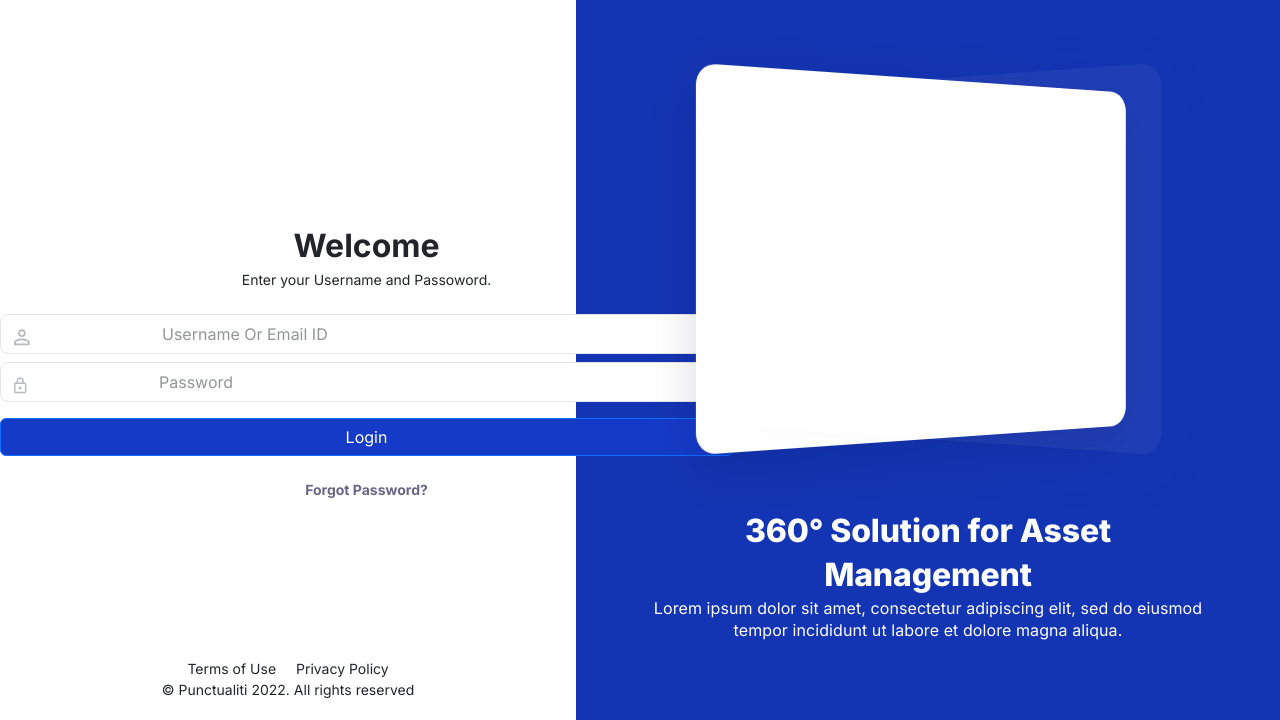
Repository: TauqeerHusain/Vouch-digital
Page: /
These files come from the project's save history. The page is drawn as it stood at one moment and after the next save; the edit follows.
The browser window is 1280 px wide. The pictures show the whole page.
The project was rebuilt for these pictures with package versions that can differ from the ones it lists, and the page was loaded fresh each time. Also part of the build but not shown: src/styles/Dashboard.css, src/Components/Dashboard/Aside.js, src/Components/Dashboard/Board.js, src/Components/Dashboard/index.js, src/styles/AddClintNav.css, src/Components/AddClint/AddClintNav.js, src/Components/CreateProfile/CrContent.js, src/Components/CreateProfile/index.js and 14 more.

Above is the page before, as saved 2023-03-15 15:26:56.

### public/index.html
<!DOCTYPE html>
<html lang="en">
  <head>
    <meta charset="utf-8" />
    <link rel="icon" href="%PUBLIC_URL%/favicon.ico" />
    <meta name="viewport" content="width=device-width, initial-scale=1" />
    <meta name="theme-color" content="#000000" />
    <meta
      name="description"
      content="Web site created using create-react-app"
    />
    <link rel="apple-touch-icon" href="%PUBLIC_URL%/logo192.png" />
    <!--
      manifest.json provides metadata used when your web app is installed on a
      user's mobile device or desktop. See https://developers.google.com/web/fundamentals/web-app-manifest/
    -->
    <link rel="manifest" href="%PUBLIC_URL%/manifest.json" />
    <link rel="preconnect" href="https://fonts.googleapis.com" />
    <link rel="preconnect" href="https://fonts.gstatic.com" crossorigin />
    <link
      href="https://fonts.googleapis.com/css2?family=Inter:wght@100;200;300;400;500;600;700;800;900&display=swap"
      rel="stylesheet"
    />
    <!--
      Notice the use of %PUBLIC_URL% in the tags above.
      It will be replaced with the URL of the `public` folder during the build.
      Only files inside the `public` folder can be referenced from the HTML.

      Unlike "/favicon.ico" or "favicon.ico", "%PUBLIC_URL%/favicon.ico" will
      work correctly both with client-side routing and a non-root public URL.
      Learn how to configure a non-root public URL by running `npm run build`.
    -->
    <title>React App</title>
  </head>
  <body>
    <noscript>You need to enable JavaScript to run this app.</noscript>
    <div id="root"></div>
    <!--
      This HTML file is a template.
      If you open it directly in the browser, you will see an empty page.

      You can add webfonts, meta tags, or analytics to this file.
      The build step will place the bundled scripts into the <body> tag.

      To begin the development, run `npm start` or `yarn start`.
      To create a production bundle, use `npm run build` or `yarn build`.
    -->
  </body>
</html>

### src/styles/LoginAct.css
.LoginAct {
    min-width: 100%;
    min-height: 100vh;
    display: flex;
    background: #fff;
    flex-wrap: wrap;
}

.LoginAct-form {
    width: 45%;
    background: #fff;
    display: grid;
    place-items: center;
    position: relative;
}

.condi {
    position: absolute;
    bottom: 0px;
    margin-bottom: 20px;
}

.term {
    display: flex;
    justify-content: center;
}

.span {
    font-size: 14px;
    cursor: pointer;
}

.span:nth-child(2) {
    margin-left: 20px;
}

.copy {
    font-size: 14px;
    cursor: pointer;
}

.form-act {
    text-align: center;
}

.form-top {
    width: 100%;
}

.form-head {
    font-weight: bold;
    font-size: 32px;
    font-family: 'Inter';
}

.form-cap {
    font-weight: 400;
    font-size: 14px;
    line-height: 20px;
    margin-bottom: 24px;
}

.input-fild {
    width: 100%;
    height: 40px;
    margin-top: 8px;
    background: #FFFFFF;
    border: 1px solid #E6E6E6;
    border-radius: 8px;
    display: flex;
    align-items: center;
    padding: 0px 13px;
}

.input-icon {
    padding-top: 5px;
}

.input-control {
    width: 567px;
    margin-left: 122px;
    position: relative;
}

.show-pwd {
    position: absolute;
    right: 0px;
    top: 0px;
    background: #fff;
    cursor: pointer;
}

.data-input {
    width: 100%;
    height: 100%;
    padding-left: 10px;
    border: none;
    outline: none;
    font-size: 16px;
    color: #848687;
}

.data-input::placeholder {
    color: #939596;
}

.loginBtn {
    width: 100%;
    height: 100%;
    color: #fff;
    background: #1334B3;
    font-size: 16px;
    height: 40px;
    margin-top: 14px;
    line-height: 22px;
    border-radius: 8px;
    cursor: pointer;
}

.forget-pwd-link {
    text-align: center;
    margin-top: 24px;
    font-family: 'Nunito Sans';
    font-style: normal;
    font-weight: 700;
    font-size: 14px;
    line-height: 19px;
    cursor: pointer;
    color: #686687;
}


/* slider  */
.from_info {
    width: 55%;
    background: #1334B3;
    display: flex;
    align-items: center;
    justify-content: center;
    flex-direction: column;
}

.slid-show {
    width: 100%;
    position: relative;
    height: 50%;
    width: 70%;
}

.slid-show-one,
.slid-show-two {
    width: 100%;
    height: 100%;
    position: absolute;
    box-shadow: 0px 12px 48px rgba(3, 0, 55, 0.15);
    border-radius: 20px;
    background: #fff;
}

.slid-show-one {
    transform: perspective(1500px) rotateY(30deg);
}

.slid-show-two {
    transform: perspective(1500px) rotateY(-30deg);
    /* background: red; */
    opacity: 0.05;
}

.slid-text {
    width: 80%;
    padding-top: 70px;
}

.from-slide-header {
    font-weight: 800;
    font-size: 32px;
    line-height: 44px;
    letter-spacing: -0.005em;
    color: #fff;
    text-align: center;
}

.from-slide-about {
    font-weight: 400;
    font-size: 16px;
    line-height: 22px;
    text-align: center;
    letter-spacing: 0.005em;
    color: #fff;
    text-align: center;
}

/* Modal */
.Modal {
    width: 100%;
    height: 100vh;
    background: rgba(3, 0, 55, 0.15);
    position: fixed;
    top: 0px;
    left: 0px;
    display: flex;
    justify-content: center;
    align-items: flex-start;
}

.massege-box {
    width: 450px;
    /* height: 200px; */
    border-radius: 10px;
    background: #f6f3f3;
    box-shadow: 0px 12px 48px rgba(3, 0, 55, 0.15);
    transition: all 0.3s linear;
    margin-top: 30px;
    position: relative;
    z-index: 2;
}

.success-mgs {
    height: 40px;
    text-align: center;
    margin-top: 20px;
    color: #1334B3;
    font-size: 20px;
}

.token-mgs {
    height: 40px;
    text-align: center;
    color: #686687;
}

.token-mgs span {
    color: #1334B3;
}

.token-btn {
    padding: 8px 30px;
    background: #0d6efd;
    color: #fff;
    display: block;
    margin: 10px auto;
    border-radius: 5px;
    cursor: pointer;
}

.token-btn:active {
    outline: #9ac2fe 4px solid;
}

.ok-btn {
    color: #fff;
    text-decoration: none;
    display: inline-block;
    margin: 10px auto;
}

.log_button {
    display: flex;
    justify-content: center;
}

.ok-btn button {
    padding: 8px 40px;
}

@media (max-width:1024px) {
    .slid-show {
        width: 80%;
        height: 40%;
    }

    .from-slide-header {
        font-size: 30px;
        line-height: 1;
        margin-bottom: 10px;
    }

    .from-slide-about {
        font-size: 15px;
    }
}

@media (max-width:926px) {

    .from_info {
        display: none;
    }

    .LoginAct-form {
        width: 100%;
        height: 100vh;
    }
}

@media (max-width:425px) {

    .from_info {
        display: none;
    }

    .LoginAct-form {
        width: 100%;
        height: 100vh;
    }

    .input-control {
        width: 300px;
    }
}

### src/styles/ViewClient.css
.contect-view {
    width: 100%;
    padding: 0px 24px;
    padding-bottom: 60px;
}

.login_btn {
    background: #153AC7 !important;
    width: 100%;
    margin-top: 16px;
}

.veiw-container {
    width: 100%;
    box-shadow: 0px 1px 5px rgba(3, 0, 55, 0.08);
    border-radius: 8px;
    background: #fff;
    overflow: hidden;
}

.Ds_container {
    width: 100%;
}

.view-header-flex {
    display: flex;
    align-items: center;
    justify-content: space-between;
}

.view-header {
    padding: 16px 24px;
    height: 72px;
    width: 100%;
    position: relative;
}

.view-header-search {
    height: 40px;
    width: 300px;
}

.mobile_search {
    width: 100%;
    height: 100%;
    background: #fff;
    position: absolute;
    left: 0px;
    top: 0px;
    display: flex;
    align-items: center;
    padding: 0px 20px;
}

.mobile_search_btn {
    width: 35px;
    height: 35px;
    display: flex;
    align-items: center;
    justify-content: center;
    border-radius: 50%;
    overflow: hidden;
    position: relative;
    display: none;
}

.btn_layer {
    position: absolute;
    width: 100%;
    height: 100%;
    /* background: red; */
    top: 0px;
    left: 0px;
}

.search_close {
    width: 35px;
    height: 35px;
    background: none;
    border-radius: 50%;
    margin-left: 10px;
    padding: 2px;
}

.mobile_search_btn button {
    width: 100%;
    height: 100%;
    background: none;
}

.search-feild {
    position: relative;
}

.view-btn {
    padding: 10px 16px;
    background: none;
    border-radius: 8px;
    font-size: 14px;
    line-height: 20px;
    border: 1px solid #E6E6E6;
}

.colBtn {
    color: #939596;
    background: #FFFFFF;
    font-weight: 400;
    letter-spacing: 0.0025em;
    margin-right: 12px;
}

.EpBtn {
    color: #153AC7;
    background: #E8EBF9;
    font-weight: 700;
    letter-spacing: 0.01em;
}

.colBtn .icon {
    margin-left: 16px;
}

.EpBtn .icon {
    padding-right: 12.5px;
}

/* table  */
.table-box {
    width: 100%;
}

.table_view {
    min-width: 100%;
    border-collapse: none;
    border-spacing: 0px;
}

.table_view thead {
    height: 32px;
    border: 1px solid #E8EBF9;
    background: #F8F9FD;
}

.table_view thead tr td {
    border-top: 1px solid #E8EBF9;
    border-bottom: 1px solid #E8EBF9;
    font-weight: 400;
    font-size: 12px;
    line-height: 16px;
    letter-spacing: 0.01em;
    color: #030037;
    padding: 0px 24px;
    word-wrap: normal
}

.table_view thead tr td:last-child {
    text-align: center;
}

.table_view tbody {
    border-top: 1px solid #E8EBF9;
}

.table_view tbody tr {
    width: 100%;
    height: 56px;
    padding: 12px 0px;
}

.table_view tbody tr td {
    font-weight: 400;
    font-size: 14px;
    line-height: 20px;
    letter-spacing: 0.0025em;
    padding: 18px 24px;
    color: #030037;
}

.table_view tbody tr td:last-child {
    text-align: center;
}

.user-td {
    display: flex;
    align-items: center;
}

.user-td-img {
    margin-right: 10px;
}

.oparetion {
    position: relative;
}

.op-btn {
    width: 20px;
    background: none;
    height: 100%;
}

.btn-layer {
    position: absolute;
    top: 0px;
    left: 50%;
    transform: translateX(-50%);
    content: "";
    width: 20px;
    height: 100%;
    cursor: pointer;
    border-radius: 8px;
}

.op-modal {
    position: absolute;
    /* display: none; */
    right: 14px;
    top: 0px;
    width: 184px;
    background: #FFFFFF;
    box-shadow: 0px 4px 16px rgba(3, 0, 55, 0.08);
    border-radius: 8px;
    z-index: 1;
    padding: 8px;
    padding-bottom: 0px;
}

.op-btn:active .op-modal {
    display: block;
}

.op-modal.active {
    display: block;
}

/* tr modal  */
.tr-row {
    width: 100%;
    display: flex;
    height: 36px;
    align-items: center;
    cursor: pointer;
    margin-bottom: 8px;
}

.tr-row .icon {
    margin-left: 16px;
}

.tr-row .text {
    margin-left: 12px;
    font-weight: 400;
    font-size: 14px;
    line-height: 20px;
    display: flex;
    align-items: center;
    letter-spacing: 0.0025em;
    color: #030037;
}

/* table bottom butttom */
.tbl_bottom_btn {
    width: 100%;
    padding: 24px;
}

.tbl_btn_cont {
    height: 40px;
}

.table-box::-webkit-scrollbar {
    height: 18px;
}

::-webkit-scrollbar-thumb {
    border: 8px solid #fff;
    background: rgba(104, 95, 95, 0.841);
    border-radius: 18px;
}

@media (max-width:1920px) {
    .table_view {
        min-width: 1310px;
    }

    .table-box {
        overflow: auto;
    }
}

@media (max-width:768px) {
    .view-header-search {
        display: none;
    }

    .mobile_search_btn {
        display: flex;
    }
}

Loaded but not shown: src/index.js (common file); src/reportWebVitals.js (common file); src/Components/LoginAct/index.js (224 lines, source omitted); src/App.js (42 lines, source omitted); src/index.css (1165 lines, source omitted)

After the next save:
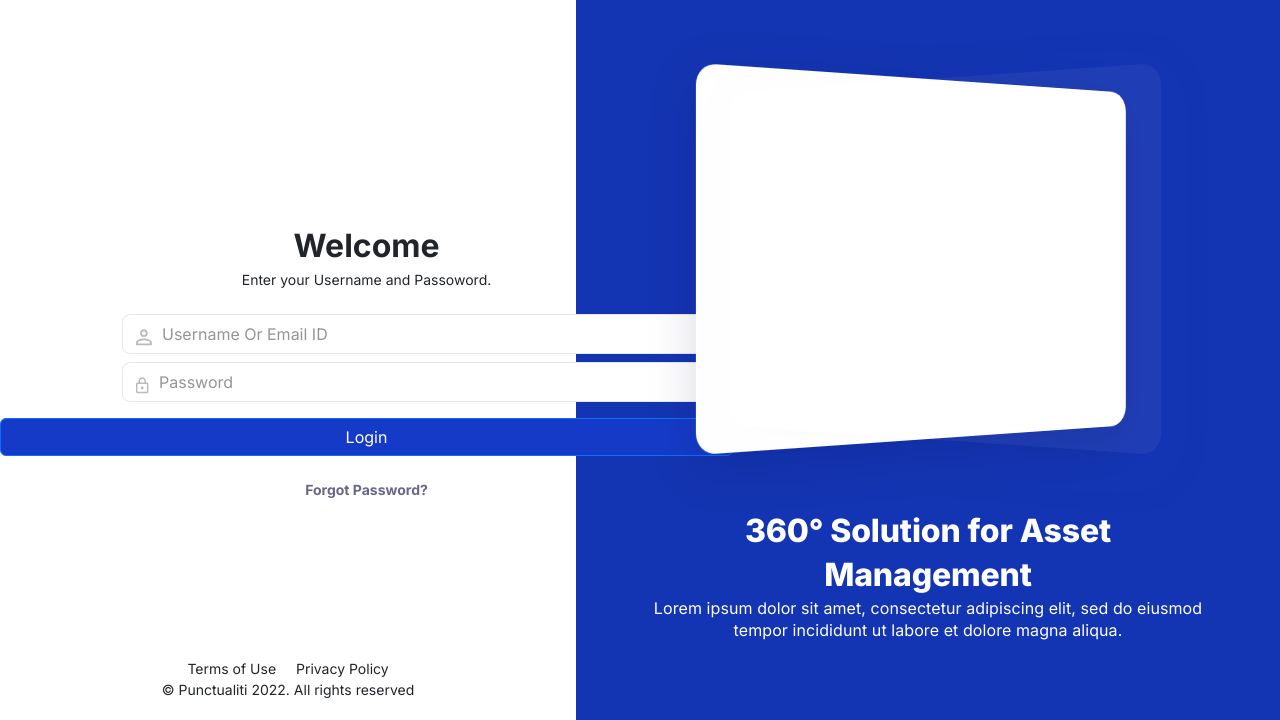
Saved 18 s later.
--- a/src/styles/LoginAct.css
+++ b/src/styles/LoginAct.css
@@ -70,6 +70,7 @@
     display: flex;
     align-items: center;
     padding: 0px 13px;
+    margin-left: 122px;
 }
 
 .input-icon {
@@ -78,7 +79,7 @@
 
 .input-control {
     width: 567px;
-    margin-left: 122px;
+
     position: relative;
 }
 
